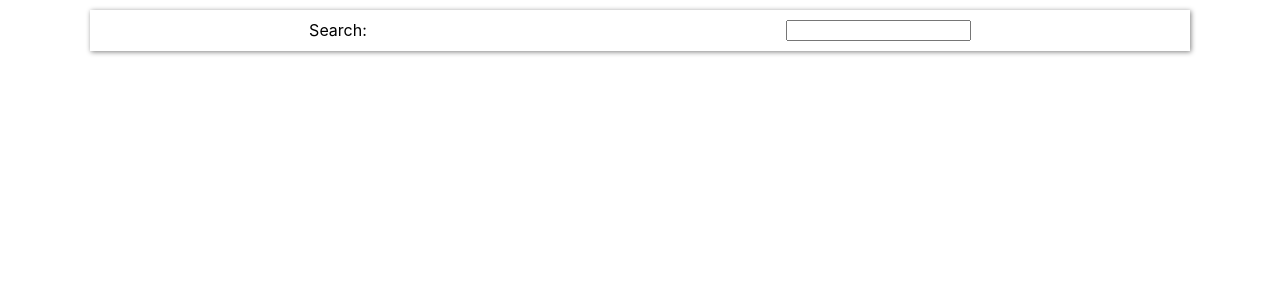
Repository: the-manohar/gallery
Page: /
An editor plug-in stored every save of this project. The page is shown before and after the next save, followed by the edit.
The browser window is 1280 px wide. The pictures show the whole page.
The project was rebuilt for these pictures with package versions that can differ from the ones it lists, and the page was loaded fresh each time.

Above is the page before, as saved 2020-06-18 19:47:38.

### src/App.js
import React, { useState } from "react";
import "./App.css";

function App() {
  const [value, setValue] = useState("");
  return (
    <div className="App">
      <div className="mydiv">
        <span>Search:</span>
        <input
          type="text"
          value={value}
          onChange={(event) => setValue(event.target.value)}
        />
      </div>
    </div>
  );
}

export default App;

### src/App.css
.App {
  text-align: center;
}
.mydiv {
  display: flex;
  justify-content: space-around;
  margin: 10px 7%;
  box-shadow: 1px 1px 5px grey;
  padding: 10px;
}

Loaded but not shown: public/index.html (common file); src/index.js (common file); src/index.css (common file); src/serviceWorker.js (common file)

After the next save:
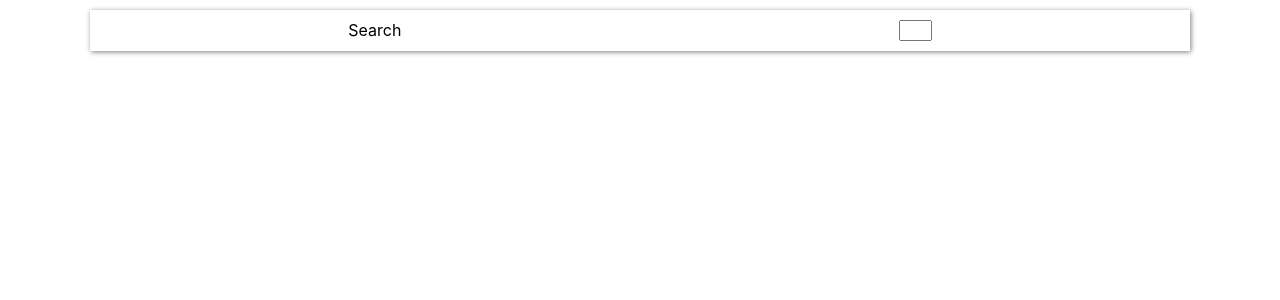
Saved 2 h 39 min later.
--- a/src/App.js
+++ b/src/App.js
@@ -6,8 +6,9 @@ function App() {
   return (
     <div className="App">
       <div className="mydiv">
-        <span>Search:</span>
+        <span>Search</span>
         <input
+          style={{ width: 25 }}
           type="text"
           value={value}
           onChange={(event) => setValue(event.target.value)}
